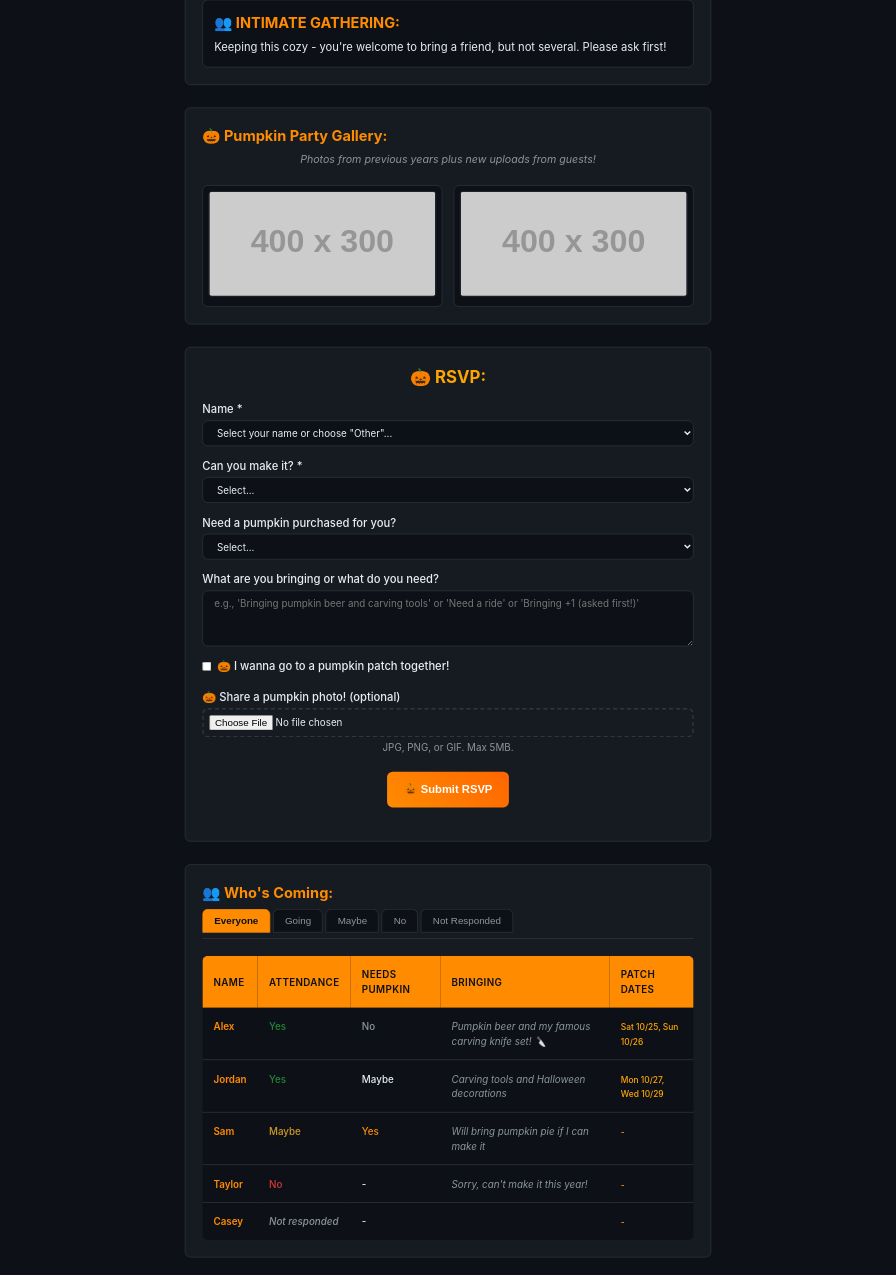
Repository: jeff-hamm/pumpkinfest
Page: index.html
The author's editor kept a copy of each file at every save. The page is drawn from the files as they stood at one save, then again after the next save.
The browser window is 1280 px wide. The pictures show the part of the page from y = 1228 to 3148 px (the page is 3049 px tall before and 3148 px after), at 70% of full size.
The page's requests for data from a server got no answer.

Above is the page before, as saved 2025-10-25 13:09:12.

### index.html
<!DOCTYPE html>
<html lang="en">
<head>
    <meta charset="UTF-8">
    <meta name="viewport" content="width=device-width, initial-scale=1.0">
    <title>🎃 PUMPKINFEST 2025 RSVP</title>
    <link rel="icon" href="data:[embedded picture, 141 characters]">
    <link rel="stylesheet" href="pumpkinfest-styles.css">
</head>
<body>
    <div id="sync-status" class="sync-status">
        <a href="https://docs.google.com/spreadsheets/d/1XEfcdwvrg54w_Aw8bEiBC4_f8pLJOT6bH55sau92mvg/edit?usp=sharing"
            target="_blank" class="sheet-link">📝 View RSVPs in Google Sheets</a>
        <div id="sync-status-text" class="sync-status-text" style="display: none;"></div>
    </div>

    <div class="header-image">
        <img src="image copy 2.png" alt="Pumpkin Party Vibes" class="header-img">
    </div>

    <div class="container">
        <h1>🎃 PUMPKINFEST 2025: The Annual Celebration! 🎃</h1>

        <div class="event-details">
            <h2>Thursday, October 30th, 2025</h2>

            <p>I love pumpkins. And October is serious pumpkin business. This year marks the return of my annual* pumpkin party! 🎃</p>

            <div class="special-announcement">
                <strong>SPECIAL ANNOUNCEMENT:</strong> Both IXI and Natalie will be in town for this one!! 🌟
            </div>

            <p>This is a celebration of all things pumpkin -- from pumpkin beer to pumpkin pie to pumpkin spice... everything you can imagine! We're gathering to share our love and passion for all things pumpkin in this beautiful season!</p>

            <div class="event-sections">
                <div class="event-section">
                    <h3>🎃 THE PLAN:</h3>
                    <ul>
                        <li>Bring a pumpkin to carve!</li>
                        <li>We'll set up carving stations with plastic sheeting for maximum mess potential</li>
                        <li>Tools range from little plastic scrapers to the most dangerous power tools we're legally allowed to use 😉</li>
                        <li>Photo documentation of all artistic achievements and beautiful destruction</li>
                        <li>Share the joy and love of all things pumpkin with fellow pumpkin enthusiasts!</li>
                    </ul>
                </div>

                <div class="event-section">
                    <h3>🥧 POTLUCK STYLE:</h3>
                    <p>Bring pumpkin pie, pumpkin beer, cider, or whatever weird pumpkin concoction you can find! This is all about celebrating and loving all things pumpkin together. We could definitely use more pumpkin-carving implements too 🙂</p>
                </div>

                <div class="event-section">
                    <h3>👥 INTIMATE GATHERING:</h3>
                    <p>Keeping this cozy - you're welcome to bring a friend, but not several. Please ask first!</p>
                </div>
            </div>
        </div>

        <div class="gallery-section">
            <h3>🎃 Pumpkin Party Gallery:</h3>
            <p class="gallery-description">Photos from previous years plus new uploads from guests!</p>
            <div class="gallery-loading" id="gallery-loading">
                <p>Loading gallery images... 🎃</p>
            </div>
            <div class="image-gallery" id="image-gallery">
                <!-- Images will be loaded dynamically from Google Drive -->
            </div>
        </div>

        <div class="rsvp-section">
            <h2>🎃 RSVP:</h2>

            <div id="rsvp-loading" class="rsvp-loading-overlay" style="display: none;">
                <div class="spinner"></div>
                <div class="spinner-text">Submitting RSVP...</div>
            </div>

            <form id="rsvp-form" class="rsvp-form">
                <div class="form-row">
                    <div class="form-group">
                        <label for="guest-name-select">Name *</label>
                        <select id="guest-name-select" name="guestNameSelect">
                            <option value="">Select your name or choose "Other"...</option>
                            <option value="Other">Other (add new person)</option>
                        </select>
                        <input type="text" id="guest-name" name="guestName" required placeholder="Enter your name..." style="display: none; margin-top: 8px;">
                    </div>
                </div>

                <div class="form-row">
                    <div class="form-group">
                        <label for="attendance">Can you make it? *</label>
                        <select id="attendance" name="attendance" required>
                            <option value="">Select...</option>
                            <option value="Yes">🎃 Yes - I'll be there!</option>
                            <option value="Maybe">🤔 Maybe - depends on my schedule</option>
                            <option value="No">😞 No - can't make it</option>
                        </select>
                    </div>
                </div>

                <div class="form-row">
                    <div class="form-group">
                        <label for="need-pumpkin">Need a pumpkin purchased for you?</label>
                        <select id="need-pumpkin" name="needPumpkin">
                            <option value="">Select...</option>
                            <option value="Yes">Yes - please get me a pumpkin!</option>
                            <option value="No">No - I'll bring my own</option>
                            <option value="Maybe">Maybe - I'll let you know</option>
                        </select>
                    </div>
                </div>

                <div class="form-row">
                    <div class="form-group">
                        <label for="bringing">What are you bringing or what do you need?</label>
                        <textarea id="bringing" name="bringing" rows="3" placeholder="e.g., 'Bringing pumpkin beer and carving tools' or 'Need a ride' or 'Bringing +1 (asked first!)'"></textarea>
                    </div>
                </div>

                <div class="form-row">
                    <div class="form-group">
                        <label class="checkbox-label">
                            <input type="checkbox" id="pumpkin-patch" name="pumpkinPatch">
                            🎃 I wanna go to a pumpkin patch together!
                        </label>
                    </div>
                </div>

                <div class="form-row" id="patch-dates-container" style="display: none;">
                    <div class="form-group">
                        <label>Which days work for you? (Check all that apply)</label>
                        <div class="checkbox-group">
                            <label class="checkbox-option">
                                <input type="checkbox" name="patchDates" value="Sat 10/25">
                                Saturday 10/25
                            </label>
                            <label class="checkbox-option">
                                <input type="checkbox" name="patchDates" value="Sun 10/26">
                                Sunday 10/26
                            </label>
                            <label class="checkbox-option">
                                <input type="checkbox" name="patchDates" value="Mon 10/27">
                                Monday 10/27
                            </label>
                            <label class="checkbox-option">
                                <input type="checkbox" name="patchDates" value="Tues 10/28">
                                Tuesday 10/28
                            </label>
                            <label class="checkbox-option">
                                <input type="checkbox" name="patchDates" value="Wed 10/29">
                                Wednesday 10/29
                            </label>
                        </div>
                    </div>
                </div>

                <div class="form-row">
                    <div class="form-group">
                        <label for="pumpkin-photo">🎃 Share a pumpkin photo! (optional)</label>
                        <input type="file" id="pumpkin-photo" name="pumpkinPhoto" accept="image/*" class="file-input">
                        <div id="photo-preview" class="photo-preview" style="display: none;">
                            <img id="preview-img" class="preview-image" alt="Photo preview">
                            <button type="button" id="remove-photo" class="btn-remove">Remove</button>
                        </div>
                        <div class="file-info">JPG, PNG, or GIF. Max 5MB.</div>
                    </div>
                </div>

                <div class="form-actions">
                    <button type="submit" class="btn-primary">🎃 Submit RSVP</button>
                </div>
            </form>
        </div>

        <div id="rsvp-grid-section" class="rsvp-grid-section">
            <h3>👥 Who's Coming:</h3>

            <div class="filter-tabs">
                <button class="filter-tab active" data-filter="Everyone">Everyone</button>
                <button class="filter-tab" data-filter="Going">Going</button>
                <button class="filter-tab" data-filter="Maybe">Maybe</button>
                <button class="filter-tab" data-filter="No">No</button>
                <button class="filter-tab" data-filter="Not Responded">Not Responded</button>
            </div>

            <div class="rsvp-grid-container">
                <table id="rsvp-grid" class="rsvp-grid">
                    <thead>
                        <tr>
                            <th>Name</th>
                            <th>Attendance</th>
                            <th>Needs Pumpkin</th>
                            <th>Bringing</th>
                            <th>Patch Dates</th>
                        </tr>
                    </thead>
                    <tbody id="rsvp-grid-body">
                        <!-- Grid rows will be dynamically loaded here -->
                    </tbody>
                </table>
                <div id="no-rsvps-message" class="no-rsvps-message" style="display: none;">
                    <p>🎃 No RSVPs match the current filter.</p>
                </div>
            </div>
        </div>
    </div>

    <script src="pumpkinfest-app.js?v=2025-10-25-2"></script>
</body>
</html>

Loaded but not shown: pumpkinfest-app.js (935 lines, source omitted); pumpkinfest-styles.css (898 lines, source omitted)

After the next save:
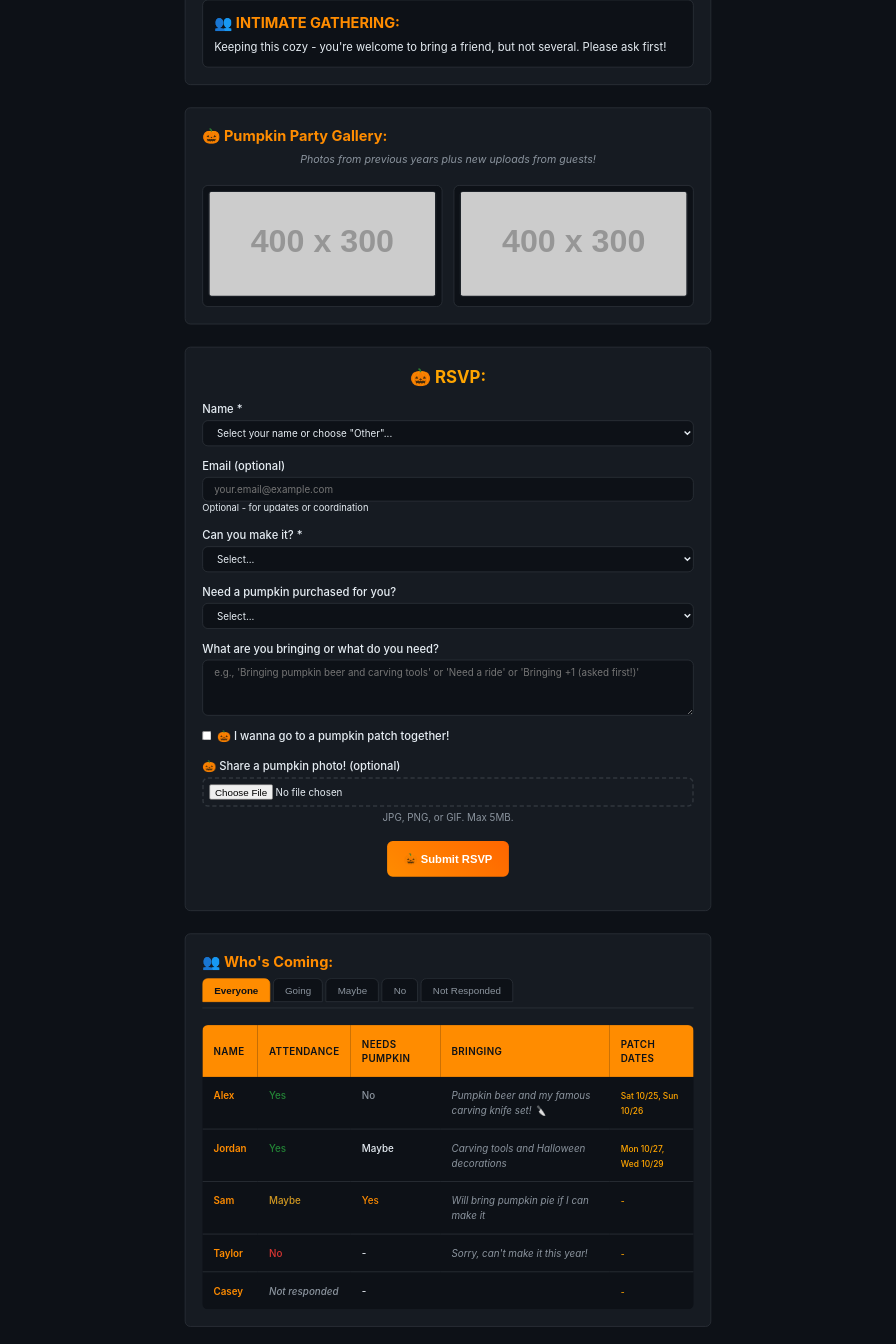
Saved 9 min 7 s later.
--- a/index.html
+++ b/index.html
@@ -84,6 +84,14 @@
                             <option value="Other">Other (add new person)</option>
                         </select>
                         <input type="text" id="guest-name" name="guestName" required placeholder="Enter your name..." style="display: none; margin-top: 8px;">
+                    </div>
+                </div>
+
+                <div class="form-row">
+                    <div class="form-group">
+                        <label for="guest-email">Email (optional)</label>
+                        <input type="email" id="guest-email" name="guestEmail" placeholder="your.email@example.com">
+                        <small class="field-hint">Optional - for updates or coordination</small>
                     </div>
                 </div>
 
